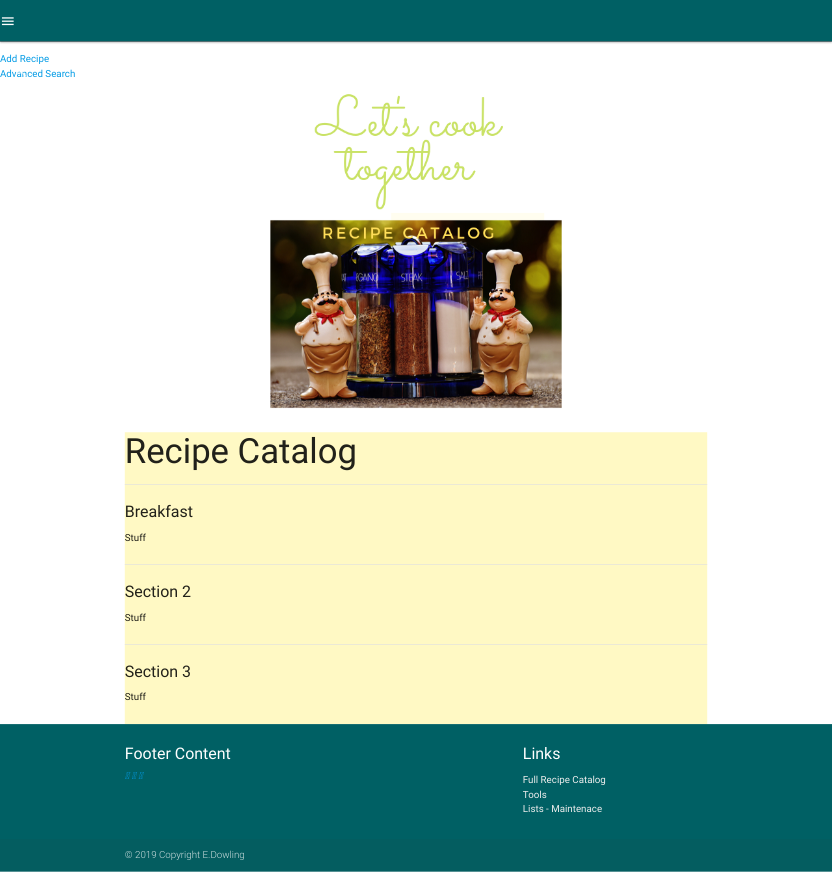
Repository: eldowling/lets-cook-together
Page: http://localhost/get_catalog?course=breakfast
The author's editor kept a record of every edit. The page is drawn from the files as they stood at one moment, then again after the next edit.
The browser window is 1280 px wide. The pictures show the whole page, at 65% of full size.
Some web libraries are served in a nearby version. The page is served by the project's application, run on Flask 3 (app.py). Queries for data that is not in the repository find no rows.

Above is the page before.
Console error: TypeError: $(...).sidenav is not a function

After the next edit:
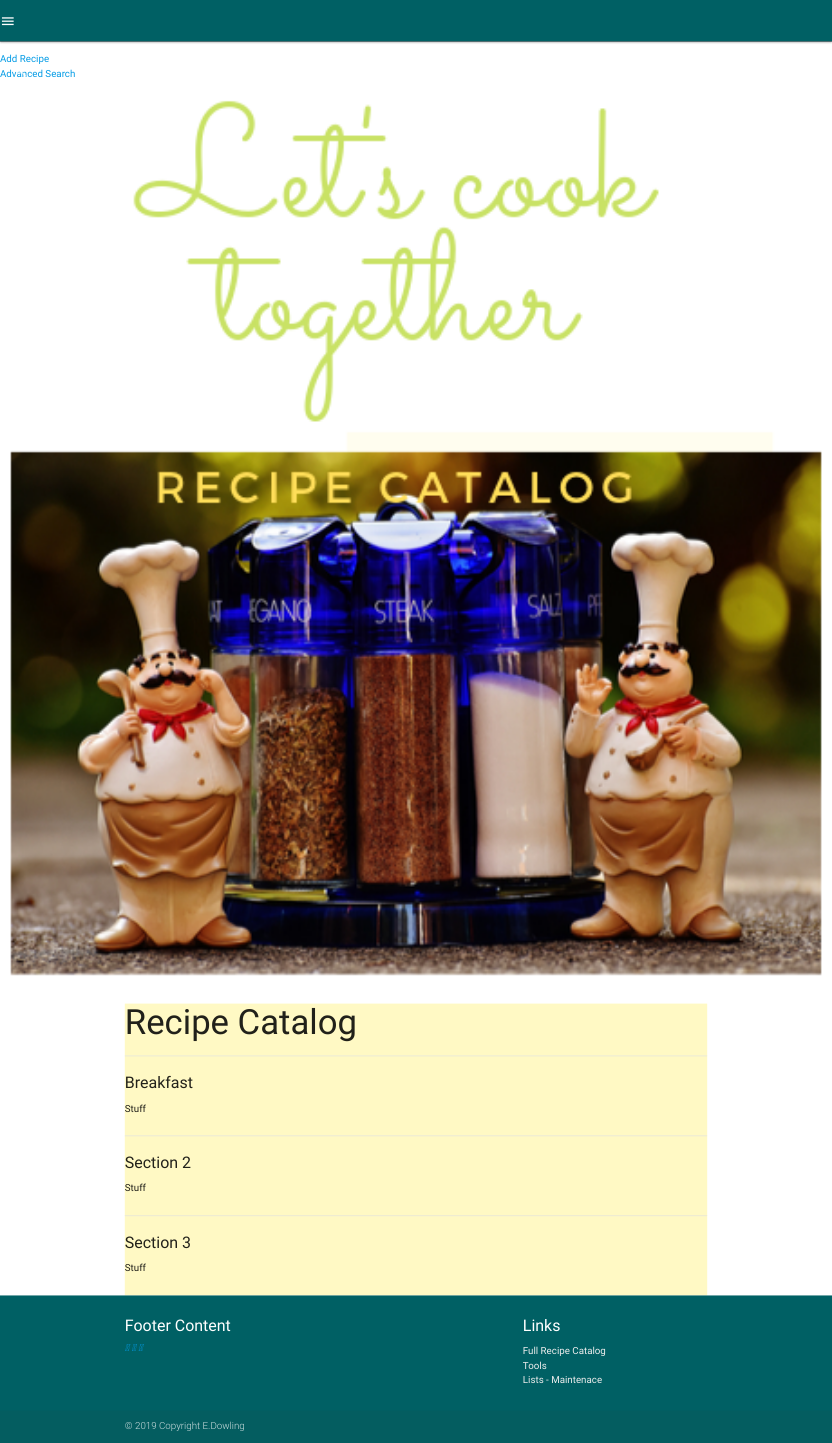
The edit:
--- a/static/css/style.css
+++ b/static/css/style.css
@@ -4,3 +4,13 @@
   max-height: 100%;
   max-width: 100%;
 }*/
+
+
+#img-container{
+    max-width: 400px;
+    overflow: hidden;
+}
+img{
+    width: 100%;
+    object-fit: contain;
+}

After the 3 edits that followed:
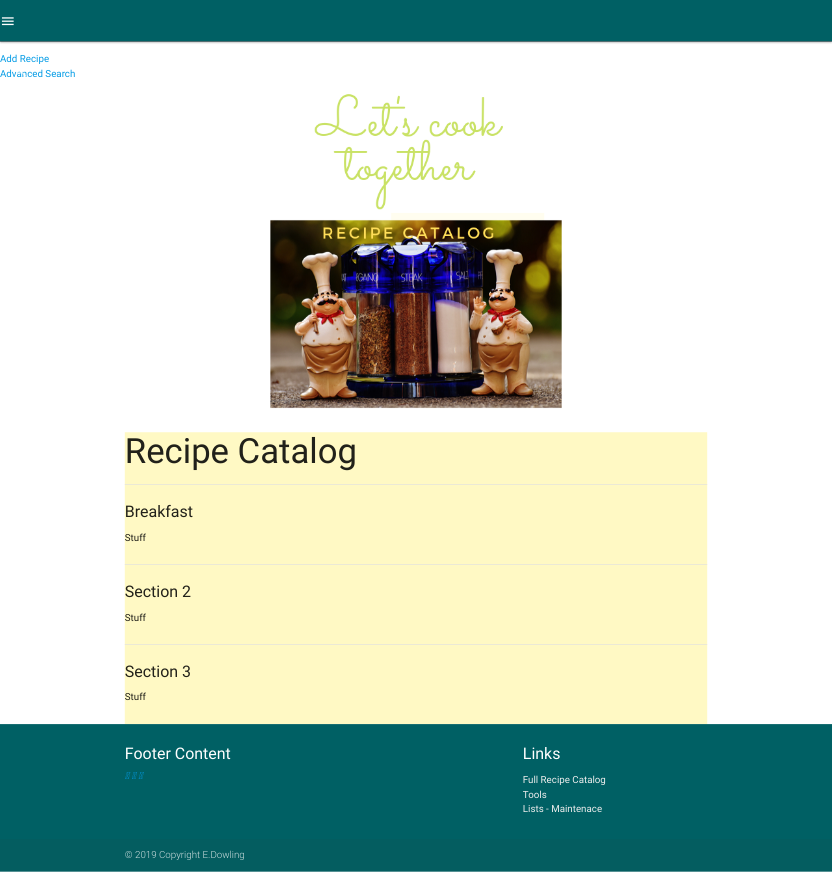
The 3 edits are shown as one change because 2 left the picture as it was.
The edit:
--- a/static/css/style.css
+++ b/static/css/style.css
@@ -5,12 +5,12 @@
   max-width: 100%;
 }*/
 
-
+/*
 #img-container{
-    max-width: 400px;
+    max-width: 230px;
     overflow: hidden;
 }
-img{
+.main-img{
     width: 100%;
     object-fit: contain;
 }
